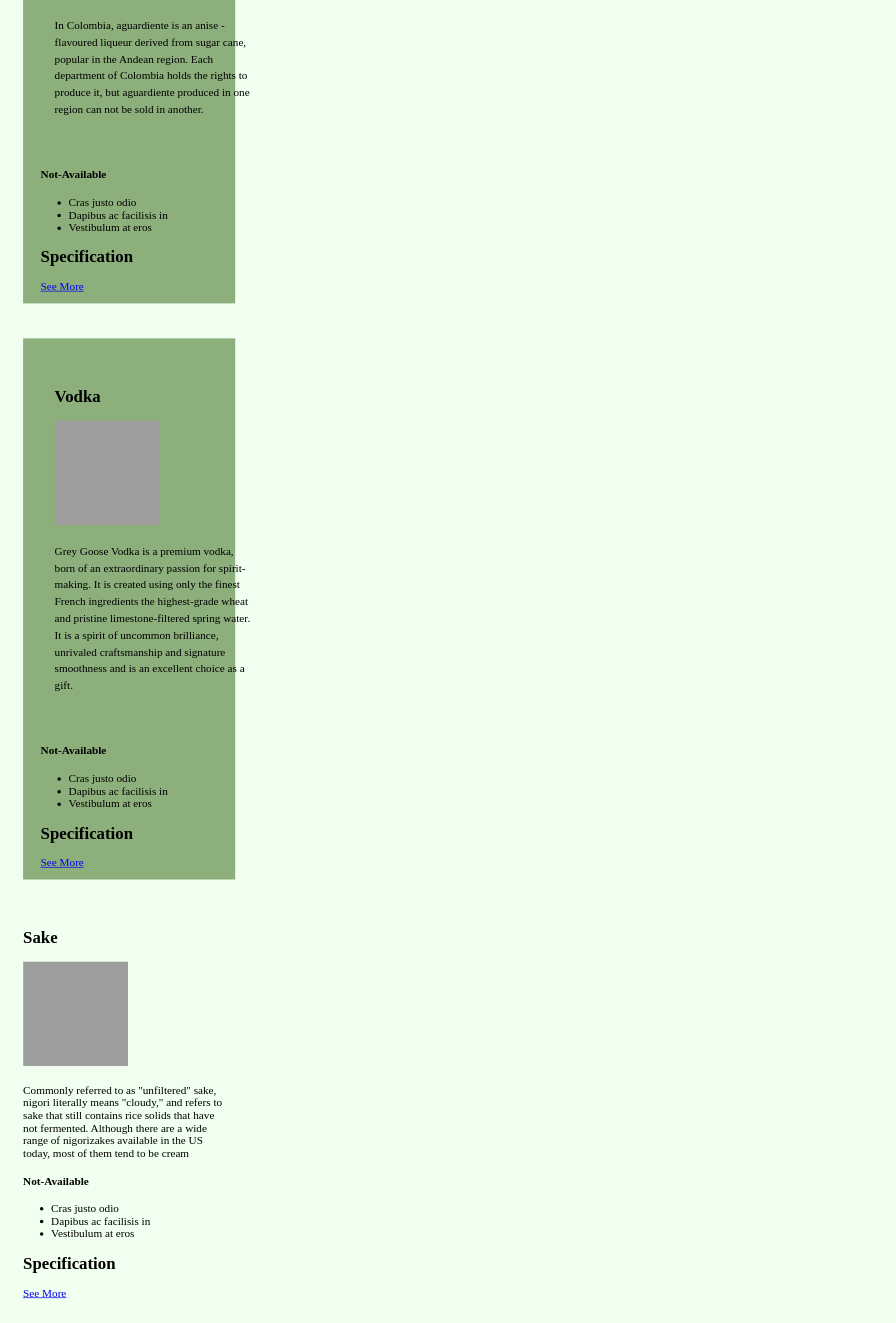
Repository: ZamlZam/REPO-11
Page: product-cards/index.html
An editor plug-in stored every save of this project. The page is shown before and after the next save, followed by the edit.
The browser window is 1280 px wide. The pictures show the part of the page from y = 1898 to 3818 px (the page is 3788 px tall before and 3818 px after), at 70% of full size.
Pictures or frames that could not be fetched are drawn as grey boxes.

Above is the page before, as saved 2023-04-14 20:39:16.

### product-cards/index.html
<!DOCTYPE html>
<html lang="en">
<head>
  <meta charset="UTF-8">
  <meta http-equiv="X-UA-Compatible" content="IE=edge">
  <meta name="viewport" content="width=device-width, initial-scale=1.0">
  <title>Document</title>
  <link rel="stylesheet" href="main.css">
</head>
<body>

  <div class ="wrapper">
    <div class="header"> ZamZam's Distillery</div>

  <div class="card-wrap">
    <div class="card-item">
    <div class="card1" style="width: 18rem;">
      <h2 class="whiskey">Jack Daniel</h2>
     <img src="https://www.finewinedelivery.co.nz/content/products/original/16561.jpg?width=1136" height = "150px" width="150px" alt="">
    <div class="card-body">

      <p class="card-text">Jack Daniel's is a Tennessee whiskey that has been around since the 1800s. It is the world's top-selling American whiskey and is considered very smooth.</p>
    </div>
  </div>
    <h4 class="Available">Not-Available</h4>
    <ul class="list-group list-group-flush">
      <li class="list-group-item">Cras justo odio</li>
      <li class="list-group-item">Dapibus ac facilisis in</li>
      <li class="list-group-item">Vestibulum at eros</li>
    </ul>
    <h2 class="specification">Specification</h2>
    <div class="card-body">
      <a href="#" class="btn btn-primary">See More</a>

    </div>
  </div>
  </div>
  </div>

  <div class="card-wrap2">
    <div class="card-item2">
    <div class="card2" style="width: 18rem;">
      <h2 class="tequila">Patron</h2>
     <img src="https://th.bing.com/th/id/OIP.omD1u9-5BvE0kcntTUyq4AHaGJ?pid=ImgDet&rs=1" height = "150px" width="150px" alt="">
    <div class="card-body2">

      <p class="card-text2">Patrón is a popular tequila brand, and its Silver Tequila is one of the hottest spirits on the market. Distilled in Jalisco, Mexico, from blue Weber agave, it's widely distributed and found in almost every bar and liquor store.</p>
    </div>
  </div>
    <h4 class="Available">Not-Available</h4>
    <ul class="list-group list-group-flush">
      <li class="list-group-item">Cras justo odio</li>
      <li class="list-group-item">Dapibus ac facilisis in</li>
      <li class="list-group-item">Vestibulum at eros</li>
    </ul>
    <h2 class="specification">Specification</h2>
    <div class="card-body">
      <a href="#" class="btn btn-primary">See More</a>

    </div>
  </div>
  </div>
</div>

<div class="card-wrap3">
  <div class="card-item3">
  <div class="card3" style="width: 18rem;">
    <h2 class="rum">Aguardiente</h2>
   <img src="https://s.cornershopapp.com/product-images/1050370.jpg?versionId=xuP.iP5MiWyH4wgZVeVdTTerM65pvh4C" height = "150px" width="150px" alt="">
  <div class="card-body3">

    <p class="card-text3">In Colombia, aguardiente is an anise -flavoured liqueur derived from sugar cane, popular in the Andean region. Each department of Colombia holds the rights to produce it, but aguardiente produced in one region can not be sold in another.</p>
  </div>
</div>
  <h4 class="Available">Not-Available</h4>
  <ul class="list-group list-group-flush">
    <li class="list-group-item">Cras justo odio</li>
    <li class="list-group-item">Dapibus ac facilisis in</li>
    <li class="list-group-item">Vestibulum at eros</li>
  </ul>
  <h2 class="specification">Specification</h2>
  <div class="card-body">
    <a href="#" class="btn btn-primary">See More</a>

  </div>
</div>
</div>
</div>

<div class="card-wrap4">
  <div class="card-item4">
  <div class="card4" style="width: 18rem;">
    <h2 class="Vodka">Vodka</h2>
   <img src="https://th.bing.com/th/id/OIP.A0LuDfu3pj8rYBoiSEGyLwHaNo?pid=ImgDet&rs=1" height = "150px" width="150px" alt="">
  <div class="card-body4">

    <p class="card-text4">Grey Goose Vodka is a premium vodka, born of an extraordinary passion for spirit-making. It is created using only the finest French ingredients the highest-grade wheat and pristine limestone-filtered spring water. It is a spirit of uncommon brilliance, unrivaled craftsmanship and signature smoothness and is an excellent choice as a gift.</p>
  </div>
</div>
  <h4 class="Available">Not-Available</h4>
  <ul class="list-group list-group-flush">
    <li class="list-group-item">Cras justo odio</li>
    <li class="list-group-item">Dapibus ac facilisis in</li>
    <li class="list-group-item">Vestibulum at eros</li>
  </ul>
  <h2 class="specification">Specification</h2>
  <div class="card-body">
    <a href="#" class="btn btn-primary">See More</a>

  </div>
</div>
</div>
</div>

<div class="card-wrap5">
  <div class="card-item5">
  <div class="card5" style="width: 18rem;">
    <h2 class="Sake">Sake</h2>
   <img src="https://www.wespeakwine.com/resize/Shared/Images/Product/Ohyama-Tokubetsu-Junmai-Nigori-Big-Mountain-Cloudy-Sake-500ML/ohyama_nigori_bottle.jpg?lr=t&bw=600&bh=600" height = "150px" width="150px" alt="">
  <div class="card-body5">

    <p class="card-text5">Commonly referred to as "unfiltered" sake, nigori literally means "cloudy," and refers to sake that still contains rice solids that have not fermented. Although there are a wide range of nigorizakes available in the US today, most of them tend to be cream</p>
  </div>
</div>
  <h4 class="Available">Not-Available</h4>
  <ul class="list-group list-group-flush">
    <li class="list-group-item">Cras justo odio</li>
    <li class="list-group-item">Dapibus ac facilisis in</li>
    <li class="list-group-item">Vestibulum at eros</li>
  </ul>
  <h2 class="specification">Specification</h2>
  <div class="card-body">
    <a href="#" class="btn btn-primary">See More</a>

  </div>
</div>
</div>
</div>
</body>


</html>

### product-cards/main.css
body{
  background-color:honeydew;
}

.wrapper .header {
  width: 100%;
  height: 50px;
  background: lightgreen;
  color: lightcoral;
  text-align: center;
  align-items: center;
  font-size: 30px;
  display:flex;
  justify-content: center;
  font-weight:500;
}

.card-wrap {
  padding: 25px;

  width: 20%;
  height: 100%;
  display: flex;
  justify-content: space-between;
  flex-wrap: wrap;
}

.card-wrap .card-item {
  padding: 15px 25px;
  width: 100%;
  background-color:khaki;
}

.card-wrap .card1 {
  padding: 35px 20px;
  border-radius: 5px;
  min-width: 225px;
  min-height: 300px;

}

.card-wrap .card1 img{
  margin-bottom: 5px;



}

.card-wrap .card1 .whiskey{
  color:teal;
  font-weight: 900;
  letter-spacing: 2px;
  font-size: 35px;
  white-space: nowrap;
  justify-content: center;
  text-align: center;
  align-items: center;
}

.card-wrap .card1 .card-body{
  font-style: 14px;
  line-height: 24px;
  color:black;
}

/**/

.card-wrap2 {
  padding: 25px;

  width: 20%;
  height: 100%;
  display: flex;
  justify-content: space-between;
  flex-wrap: wrap;
}

.card-wrap2 .card-item2 {
  padding: 15px 25px;
  width: 100%;
  background-color:tan;
}

.card-wrap2 .card2 {
  padding: 35px 20px;
  border-radius: 5px;
  min-width: 225px;
  min-height: 300px;

}

.card-wrap2 .card2 img{
  margin-bottom: 5px;
}

.card-wrap2 .card2 .tequila{
  color:brown;
  font-weight: 900;
  letter-spacing: 2px;
  font-size: 35px;
  white-space: nowrap;
  justify-content: center;
  text-align: center;
  align-items: center;
}

.card-wrap2 .card2 .card-body2{
  font-style: 14px;
  line-height: 24px;
  color:black;
}

/**/

.card-wrap3 {
  padding: 25px;

  width: 20%;
  height: 100%;
  display: flex;
  justify-content: space-between;
  flex-wrap: wrap;
}

.card-wrap3 .card-item3 {
  padding: 15px 25px;
  width: 100%;
  background-color:rgb(140, 175, 124);
}

.card-wrap3 .card3 {
  padding: 35px 20px;
  border-radius: 5px;
  min-width: 225px;
  min-height: 300px;

}

.card-wrap3 .card3 img{
  margin-bottom: 5px;
}

.card-wrap3 .card3 .rum{
  color:rgb(190, 207, 89);
  font-weight: 900;
  letter-spacing: 2px;
  font-size: 35px;
  white-space: nowrap;
  justify-content: center;
  text-align: center;
  align-items: center;
}

.card-wrap3 .card3 .card-body3{
  font-style: 14px;
  line-height: 24px;
  color:black;
}


/**/

.card-wrap4 {
  padding: 25px;

  width: 20%;
  height: 100%;
  display: flex;
  justify-content: space-between;
  flex-wrap: wrap;
}

.card-wrap4 .card-item4 {
  padding: 15px 25px;
  width: 100%;
  background-color:rgb(140, 175, 124);
}

.card-wrap4 .card4 {
  padding: 35px 20px;
  border-radius: 5px;
  min-width: 225px;
  min-height: 300px;

}

.card-wrap4 .card4 img{
  margin-bottom: 5px;
}

.card-wrap4 .card4 .vodka{
  color:rgb(190, 207, 89);
  font-weight: 900;
  letter-spacing: 2px;
  font-size: 35px;
  white-space: nowrap;
  justify-content: center;
  text-align: center;
  align-items: center;
}

.card-wrap4 .card4 .card-body4{
  font-style: 14px;
  line-height: 24px;
  color:black;
}

/**/

.card-wrap5 {
  padding: 25px;

  width: 20%;
  height: 100%;
  display: flex;
  justify-content: space-between;
  flex-wrap: wrap;
}

.card-wrap5 .card-item4 {
  padding: 15px 25px;
  width: 100%;
  background-color:rgb(140, 175, 124);
}

.card-wrap4 .card4 {
  padding: 35px 20px;
  border-radius: 5px;
  min-width: 225px;
  min-height: 300px;

}

.card-wrap5 .card5 img{
  margin-bottom: 5px;
}

.card-wrap4 .card4 .vodka{
  color:rgb(190, 207, 89);
  font-weight: 900;
  letter-spacing: 2px;
  font-size: 35px;
  white-space: nowrap;
  justify-content: center;
  text-align: center;
  align-items: center;
}

.card-wrap4 .card4 .card-body4{
  font-style: 14px;
  line-height: 24px;
  color:black;
}

After the next save:
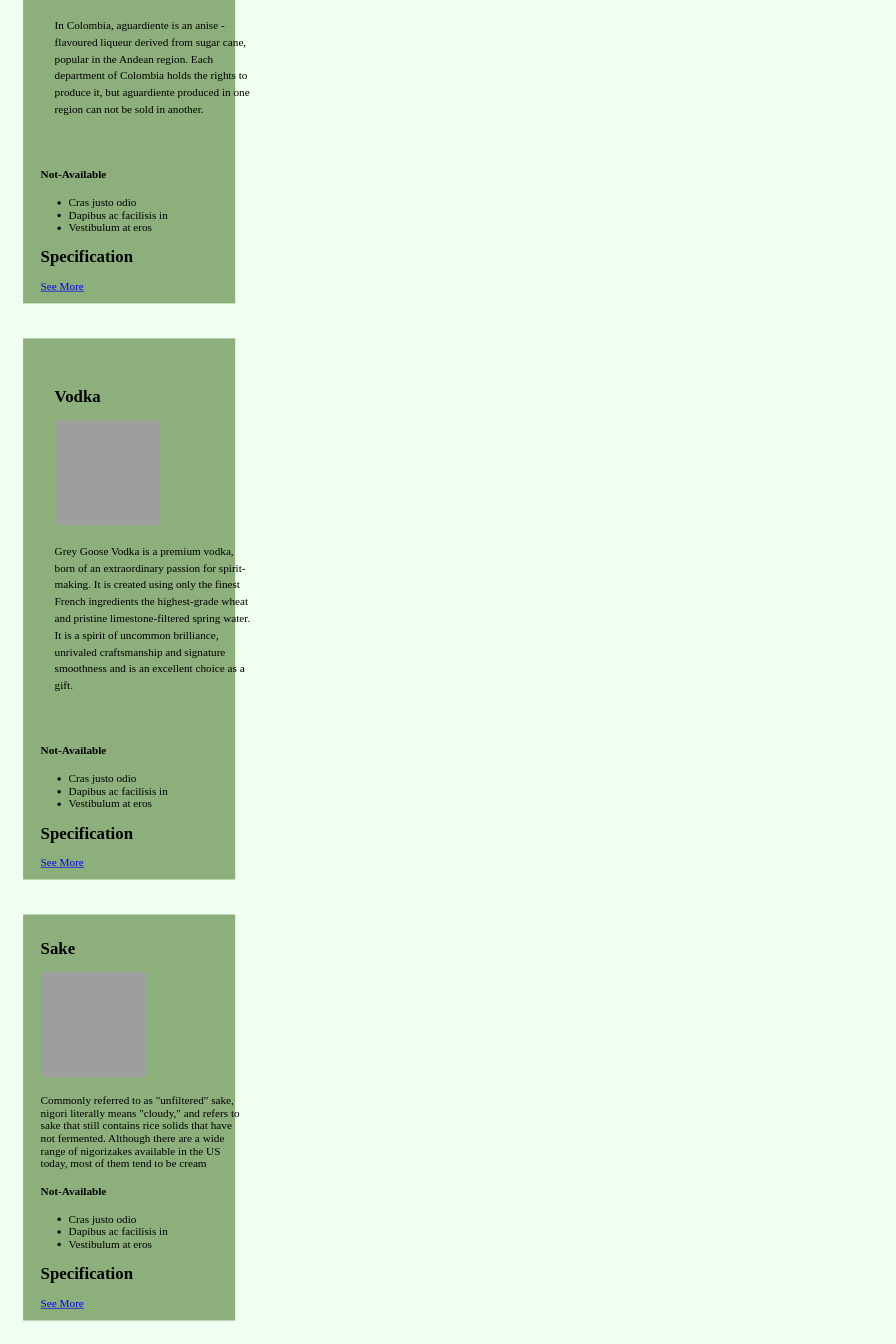
Saved 5 s later.
--- a/product-cards/main.css
+++ b/product-cards/main.css
@@ -217,7 +217,7 @@
   flex-wrap: wrap;
 }
 
-.card-wrap5 .card-item4 {
+.card-wrap5 .card-item5 {
   padding: 15px 25px;
   width: 100%;
   background-color:rgb(140, 175, 124);
